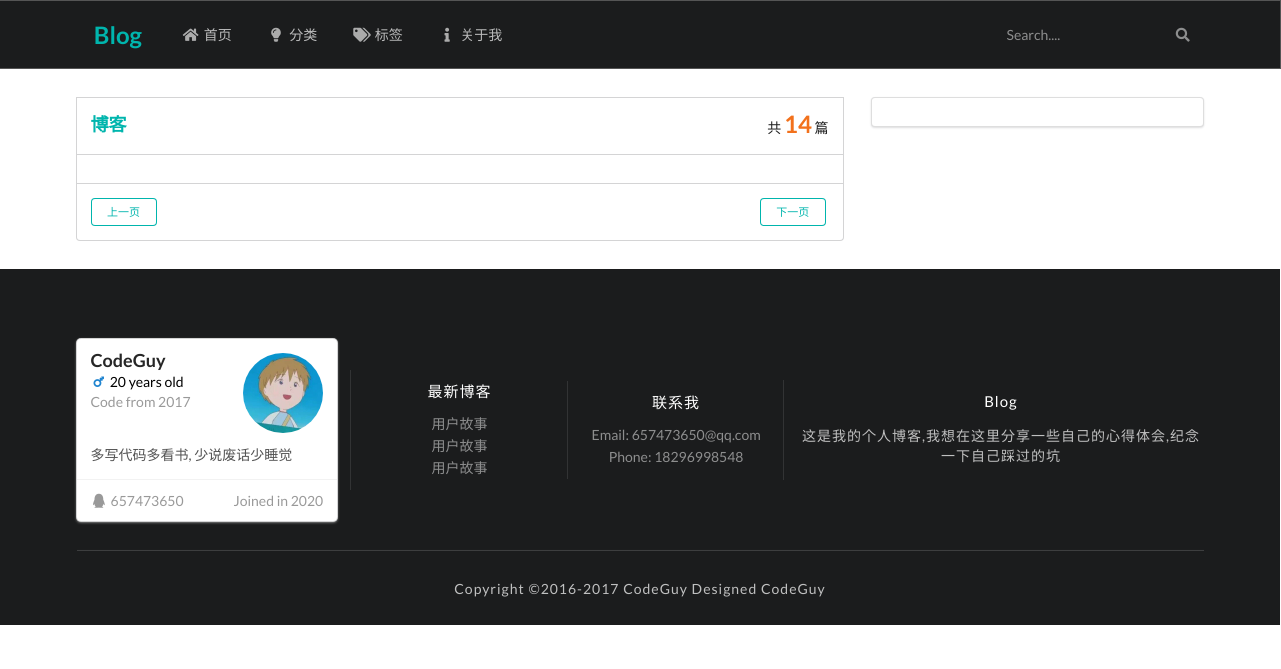
Repository: GOGOHQ/myblog
Page: index.html
These files come from the project's save history. The page is drawn as it stood at one moment and after the next save; the edit follows.
The browser window is 1280 px wide. The page is 1281 px wide, so the pictures cover 1281 px, including what lies to the right of the window. The pictures show the whole page.
Some web libraries are served in a nearby version.

Above is the page before, as saved 2020-01-16 19:15:23.

After the next save:
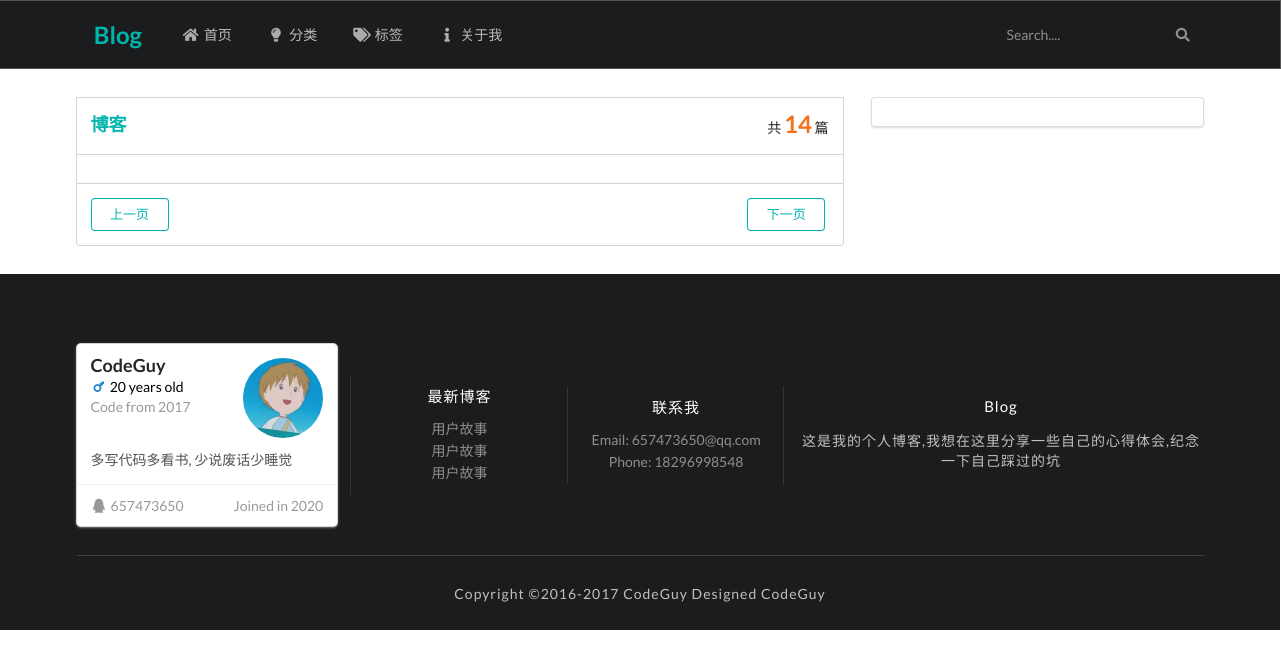
Saved 35 s later.
--- a/index.html
+++ b/index.html
@@ -53,10 +53,10 @@
                 <div class="ui segment bottom attached">
                     <div class="ui middle aligned two column grid">
                         <div class="column">
-                            <a href="#" class="ui mini teal basic button">上一页</a href="#">
+                            <a href="#" class="ui small teal basic button">上一页</a href="#">
                         </div>
                         <div class="right aligned column">
-                            <a href="#" class="ui mini teal basic button">下一页</a href="#">
+                            <a href="#" class="ui small teal basic button">下一页</a href="#">
                         </div>
                     </div>
                 </div>
